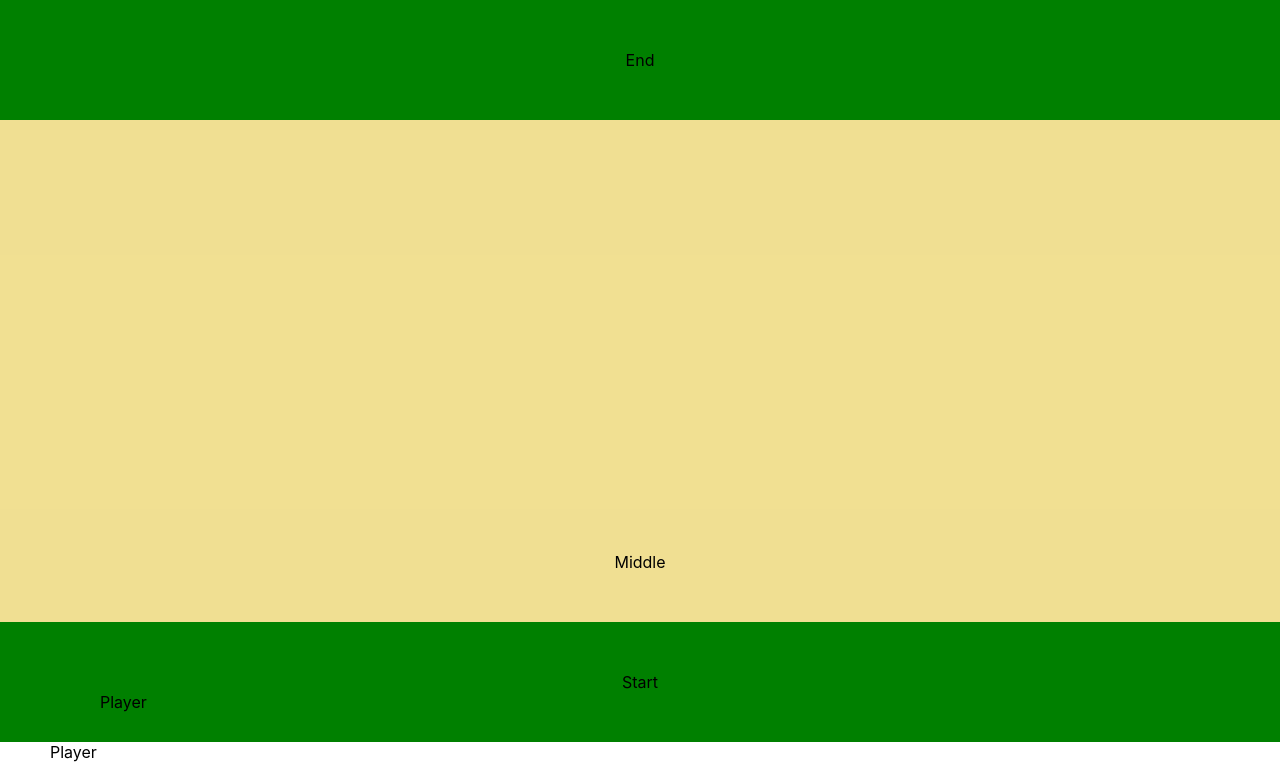
Repository: DerickT02/red-light-green-light
Page: /
The author's editor kept a copy of each file at every save. The page is drawn from the files as they stood at one save, then again after the next save.
The browser window is 1280 px wide. The pictures show the whole page.
The project was rebuilt for these pictures with package versions that can differ from the ones it lists, and the page was loaded fresh each time.

Above is the page before, as saved 2021-11-15 06:55:15.

After the next save:
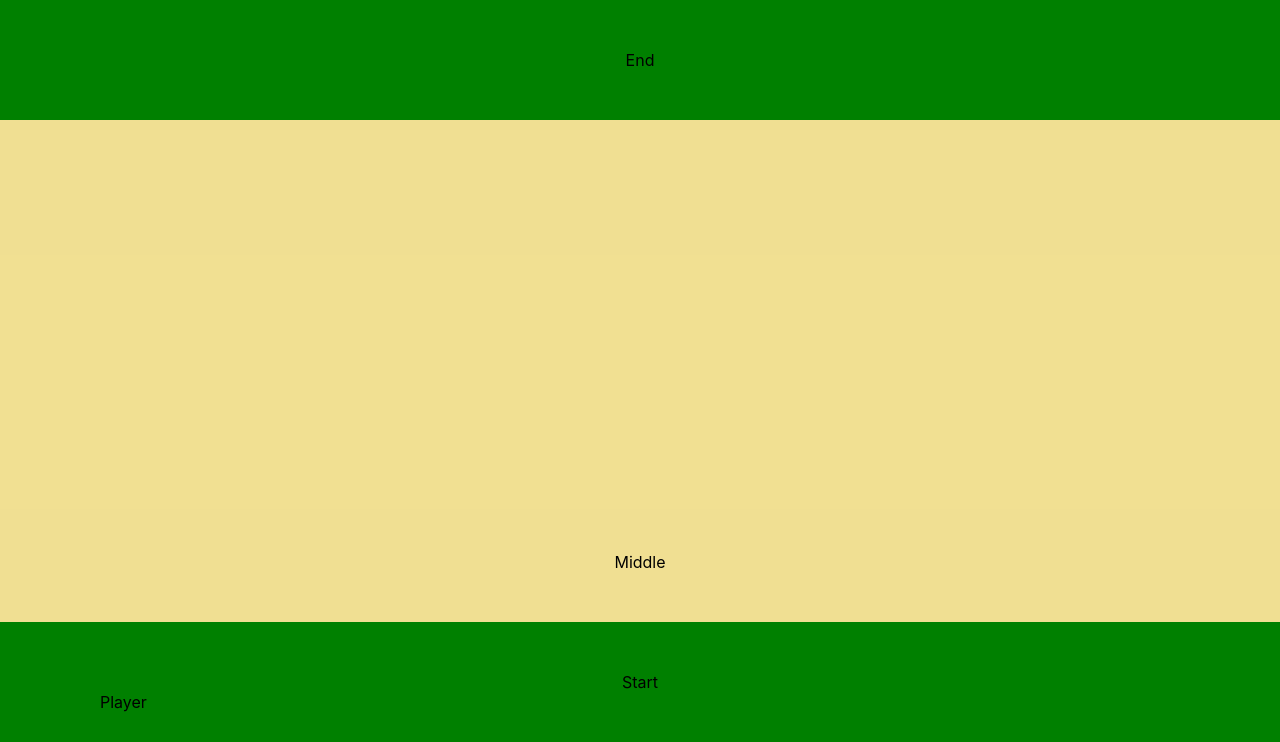
Saved 26 s later.
--- a/src/App.js
+++ b/src/App.js
@@ -6,7 +6,7 @@ function App() {
   return (
     <div className="App">
      <Field />
-    <Player />
+
     </div>
   );
 }
